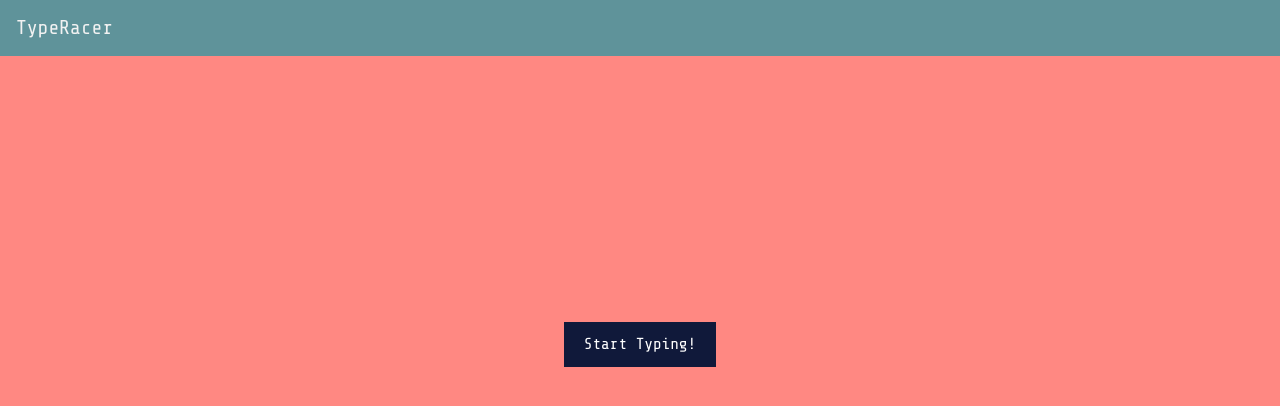
Repository: Tagaca19e/Type-it
Page: /
An editor plug-in stored every save of this project. The page is shown before and after the next save, followed by the edit.
The browser window is 1280 px wide. The pictures show the whole page.
The page's requests for data from a server got no answer. The project was rebuilt for these pictures with package versions that can differ from the ones it lists, and the page was loaded fresh each time. No one was signed in, and anything a server would have sent is missing. Also part of the build but not shown: src/components/Timer.js, src/components/Speed.js, src/components/TypeDetails.js, src/components/TypeRacer.js, src/app.css.

Above is the page before, as saved 2021-08-06 23:09:09.

### public/index.html
<!DOCTYPE html>
<html lang="en">
  <head>
    <meta charset="utf-8" />
    <link rel="icon" href="%PUBLIC_URL%/favicon.ico" />
    <meta name="viewport" content="width=device-width, initial-scale=1" />
    <meta name="theme-color" content="#000000" />
    <meta
      name="description"
      content="Web site created using create-react-app"
    />
    <link
      href="https://fonts.googleapis.com/css2?family=Open+Sans:wght@300;400;600;700;800&family=Titillium+Web:wght@200;300;400;600;700;900&display=swap"
      rel="stylesheet"
    />
    <link
      href="https://fonts.googleapis.com/css2?family=Press+Start+2P&family=Share+Tech+Mono&display=swap"
      rel="stylesheet"
    />
    <link rel="apple-touch-icon" href="%PUBLIC_URL%/logo192.png" />
    <!--
      manifest.json provides metadata used when your web app is installed on a
      user's mobile device or desktop. See https://developers.google.com/web/fundamentals/web-app-manifest/
    -->
    <link rel="manifest" href="%PUBLIC_URL%/manifest.json" />
    <!--
      Notice the use of %PUBLIC_URL% in the tags above.
      It will be replaced with the URL of the `public` folder during the build.
      Only files inside the `public` folder can be referenced from the HTML.
      Unlike "/favicon.ico" or "favicon.ico", "%PUBLIC_URL%/favicon.ico" will
      work correctly both with client-side routing and a non-root public URL.
      Learn how to configure a non-root public URL by running `npm run build`.
    -->
    <title>Typing Test</title>
  </head>
  <body>
    <noscript>You need to enable JavaScript to run this app.</noscript>
    <div id="root"></div>
    <!--
      This HTML file is a template.
      If you open it directly in the browser, you will see an empty page.
      You can add webfonts, meta tags, or analytics to this file.
      The build step will place the bundled scripts into the <body> tag.
      To begin the development, run `npm start` or `yarn start`.
      To create a production bundle, use `npm run build` or `yarn build`.
    -->
  </body>
</html>

### src/index.css
* {
  margin: 0;
  padding: 0;
}

html body {
  font-family: "Share Tech Mono", serif;
  background-color: #ff8882;
  /* background-image: -webkit-linear-gradient(0deg, #08aeea 0%, #2af598 100%);
  background-image: -moz-linear-gradient(0deg, #08aeea 0%, #2af598 100%);
  background-image: -o-linear-gradient(0deg, #08aeea 0%, #2af598 100%);
  background-image: linear-gradient(0deg, #08aeea 0%, #2af598 100%); */

  color: white;
}

.primary-text {
  font-family: "Press Start 2P", serif;
  color: #f5f5f5;
  font-weight: 400;
  font-size: 15px;
}

.input {
  font-family: "Share Tech Mono", serif;
  border-radius: 0;
  border: 0 !important;
  outline: none !important;
  padding-left: 10px;
  font-weight: 400;
  background-color: #62729c;
  color: white;
}

*:focus {
  outline: none !important;
}

#button {
  border-radius: 0;
  background-color: #10193a;
  border: 0;
  padding: 10px 20px 10px 20px;
  height: 45px;
  width: -webkit-max-content;
  width: -moz-max-content;
  width: max-content;
}

#button:active {
  -webkit-box-shadow: none;
  box-shadow: none;
}

#button:focus {
  -webkit-box-shadow: none;
  box-shadow: none;
}

.quote-text {
  font-family: "Share Tech Mono";
  font-size: 20px;
  width: 60%;
  margin: auto;
  color: white;
  text-align: center;
}

.quotes {
  margin-top: 150px;
  display: -webkit-box;
  display: -ms-flexbox;
  display: flex;
  -webkit-box-orient: vertical;
  -webkit-box-direction: normal;
  -ms-flex-direction: column;
  flex-direction: column;
  -webkit-box-pack: center;
  -ms-flex-pack: center;
  justify-content: center;
}

.quotes .input {
  padding: 5px;
  font-size: 25px;
  width: 80%;
  margin: auto;
  border-radius: 10px;
}

.quote {
  margin: auto;
  text-align: center;
}

.current-word {
  text-decoration: underline;
  -webkit-text-decoration-color: #f5f5f5;
  text-decoration-color: #f5f5f5;
}

.success {
  color: #74ff4a;
  -webkit-text-decoration-color: #74ff4a;
  text-decoration-color: #74ff4a;
}

.danger {
  color: #ff4e4e;
}

.error {
  background-color: #ff4e4e !important;
  color: white !important;
}

.placeholder {
  position: relative;
}

.placeholder::after {
  position: absolute;
  left: 5px;
  top: 13px;
  color: #f5f5f5;
  font-size: 25px;
  content: attr(data-placeholder);
  pointer-events: none;
  opacity: 0.6;
}

/**    NavBar   */
.navbar-custom {
  background-color: #5f939a;
}

.navbar-brand {
  color: #f2f2f2;
  -webkit-transition: 0.3s all;
  transition: 0.3s all;
}

.navbar-brand:hover {
  color: #f9f9f9;
}

.nav-item,
.nav-link {
  margin-left: 10px;
  margin-right: 10px;
  color: #f5f5f5 !important;
}

/** grid center */
.center {
  display: -webkit-box;
  display: -ms-flexbox;
  display: flex;
  -webkit-box-pack: center;
  -ms-flex-pack: center;
  justify-content: center;
  -webkit-box-align: center;
  -ms-flex-align: center;
  align-items: center;
  height: 80vh;
}

.timeout {
  position: absolute;
  width: 100%;
  height: 100vh;
  top: 0;
  left: 0;
  display: -webkit-box;
  display: -ms-flexbox;
  display: flex;
  -webkit-box-pack: center;
  -ms-flex-pack: center;
  justify-content: center;
  -webkit-box-align: center;
  -ms-flex-align: center;
  align-items: center;
  background-color: rgba(0, 0, 0, 0.5);
}

.type-details {
  width: -webkit-max-content;
  width: -moz-max-content;
  width: max-content;
  height: -webkit-max-content;
  height: -moz-max-content;
  height: max-content;
  position: relative;
  top: -50px;
  margin: auto;
  padding: 15px 45px 15px 45px;
  margin-bottom: 30px;
  background-color: #0f4c81;
  border-radius: 5px;
}

.type-details > * {
  position: relative;
  top: 5px;
}

.type-details-divider {
  display: -ms-grid;
  display: grid;
  place-items: center;
  -ms-grid-columns: 1fr 1fr;
  grid-template-columns: 1fr 1fr;
  gap: 90px;
}

.type-details-divider::after {
  content: "";
  position: absolute;
  top: 20%;
  left: 50%;
  width: 2px;
  height: 60%;
  background-color: rgba(0, 0, 0, 0.5);
}
/*# sourceMappingURL=index.css.map */

### src/App.js
import { useState, useEffect } from "react";
import NavBar from "./components/NavBar";
import TypeRacer from "./components/TypeRacer";
import { getQuotes } from "./services/index";
import "./app.css";

export default function App() {
  const [quote, setQuote] = useState();
  const [started, setStarted] = useState(false);

  useEffect(() => {
    fetchQuotes();
  }, []);

  const fetchQuotes = async () => {
    const { data: quotes } = await getQuotes();
    const index = Math.floor(Math.random() * quotes.length);
    console.log(quotes[index].text);
    setQuote(quotes[index].text);
  };

  return (
    <div className="main">
      <NavBar />
      {!started && (
        <div className="center">
          <button
            onClick={() => setStarted(true)}
            className="btn btn-primary"
            id="button"
          >
            Start Typing!
          </button>
        </div>
      )}
      {started && quote !== undefined && (
        <div className="master">
          <TypeRacer quote={quote} setQuote={setQuote} />
        </div>
      )}
    </div>
  );
}

### src/components/NavBar.js
import React from "react";

export default function NavBar() {
  return (
    <nav className="navbar navbar-expand-lg navbar-custom">
      <a className="navbar-brand" href="/">
        TypeRacer
      </a>
      <button
        className="navbar-toggler"
        type="button"
        data-toggle="collapse"
        data-target="#navbarNavAltMarkup"
        aria-controls="navbarNavAltMarkup"
        aria-expanded="false"
        aria-label="Toggle navigation"
      >
        <span className="navbar-toggler-icon"></span>
      </button>
      <div
        className="collapse navbar-collapse justify-content-end"
        id="navbarNavAltMarkup"
      ></div>
    </nav>
  );
}

### src/services/index.js
import axios from "axios";

export const getQuotes = async () => {
  const response = await axios.get("https://type.fit/api/quotes");
  console.log(response);
  return response;
};

Loaded but not shown: src/index.js (common file); src/components/typeracer.css (no stored copy; drawn as an empty file)

After the next save:
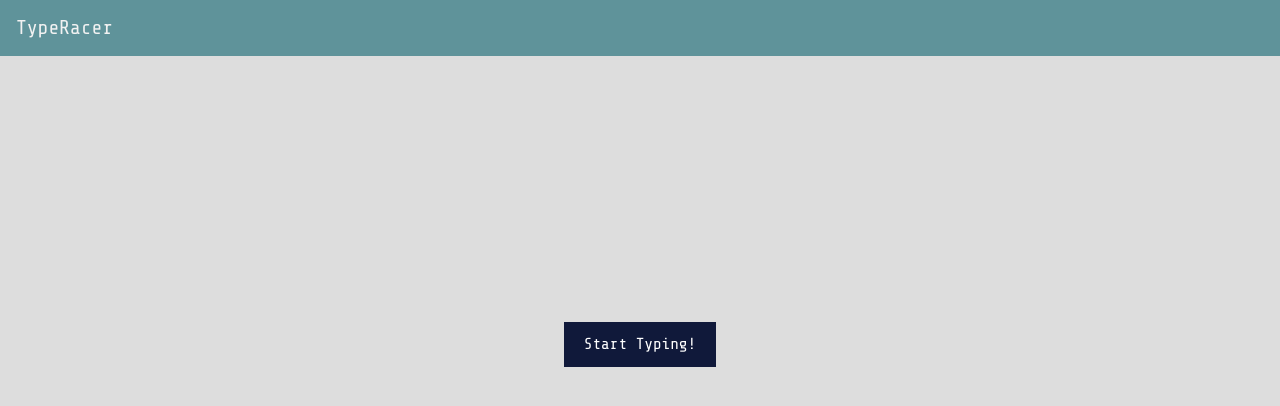
Saved 74 s later.
--- a/src/index.css
+++ b/src/index.css
@@ -5,7 +5,7 @@
 
 html body {
   font-family: "Share Tech Mono", serif;
-  background-color: #ff8882;
+  background-color: #dddddd;
   /* background-image: -webkit-linear-gradient(0deg, #08aeea 0%, #2af598 100%);
   background-image: -moz-linear-gradient(0deg, #08aeea 0%, #2af598 100%);
   background-image: -o-linear-gradient(0deg, #08aeea 0%, #2af598 100%);
